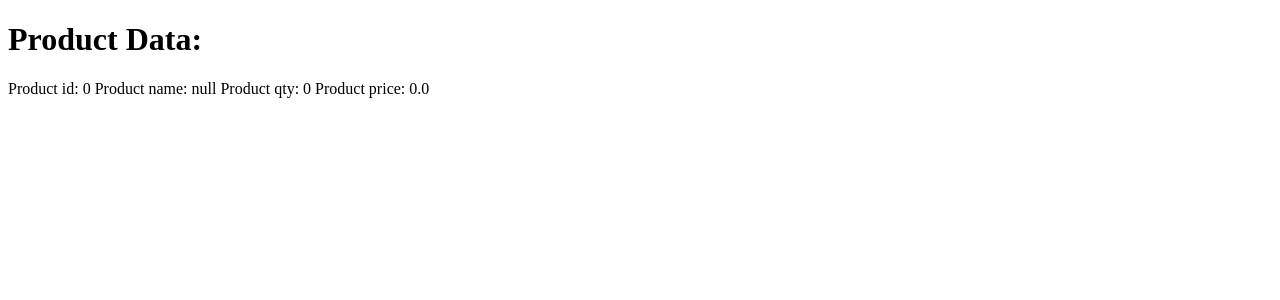
Repository: pradnyashinde20/Advance_Java
Page: http://localhost/JspUseBeanDemo/getProduct.jsp
An editor plug-in stored every save of this project. The page is shown before and after the next save, followed by the edit.
The browser window is 1280 px wide. The pictures show the whole page.
The page is served by Tomcat 9.

Above is the page before, as saved 2025-11-26 07:21:13.

### JspUseBeanDemo/src/main/webapp/getProduct.jsp
<%@ page language="java" contentType="text/html; charset=ISO-8859-1"
    pageEncoding="ISO-8859-1"%>
<!DOCTYPE html>
<html>
<head>
<meta charset="ISO-8859-1">
<title>Insert title here</title>
</head>
<body>
<%--
int pid = Integer.parseInt(request.getParameter("pid"));
String pname = request.getParameter("pname");
int qty = Integer.parseInt(request.getParameter("qty"));
double price = Double.parseDouble(request.getParameter("price"));
Product p = new Product(pid,pname,qty,price);
--%>


<jsp:useBean id="p" class="com.demo.beans.Product"></jsp:useBean>
<jsp:setProperty property="*" name="p"/>

<%--
<jsp:setProperty name="p" property="pid" value='<%=request.getParameter("pid")%>'> </jsp:setProperty>
<jsp:setProperty name="p" property="pname" value='<%=request.getParameter("pname") %>'> </jsp:setProperty>
<jsp:setProperty name="p" property="qty" value='<%=request.getParameter("qty") %>'> </jsp:setProperty>
<jsp:setProperty name="p" property="price" value='<%=request.getParameter("price") %>'> </jsp:setProperty>
--%>

<h1> Product Data:</h1>
Product id: <jsp:getProperty property="pid" name="p"/>
Product name: <jsp:getProperty property="pname" name="p"/>
Product qty: <jsp:getProperty property="qty" name="p"/>
Product price: <jsp:getProperty property="price" name="p"/>
</body>
</html>

### JspUseBeanDemo/src/main/java/com/demo/beans/Product.java
package com.demo.beans;

public class Product {
private int pid;
private String pname;
private int qty;
private double price;
public Product() {
	super();
}
public Product(int pid, String pname, int qty, double price) {
	super();
	this.pid = pid;
	this.pname = pname;
	this.qty = qty;
	this.price = price;
}
public int getPid() {
	return pid;
}
public void setPid(int pid) {
	this.pid = pid;
}
public String getPname() {
	return pname;
}
public void setPname(String pname) {
	this.pname = pname;
}
public int getQty() {
	return qty;
}
public void setQty(int qty) {
	this.qty = qty;
}
public double getPrice() {
	return price;
}
public void setPrice(double price) {
	this.price = price;
}
@Override
public String toString() {
	return "Product [pid=" + pid + ", pname=" + pname + ", qty=" + qty + ", price=" + price + "]";
}

}

After the next save:
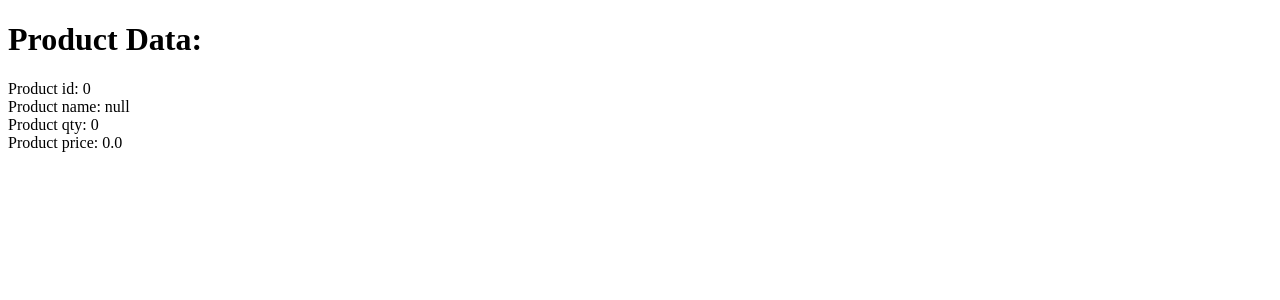
Saved 106 s later.
--- a/JspUseBeanDemo/src/main/webapp/getProduct.jsp
+++ b/JspUseBeanDemo/src/main/webapp/getProduct.jsp
@@ -27,9 +27,9 @@ Product p = new Product(pid,pname,qty,price);
 --%>
 
 <h1> Product Data:</h1>
-Product id: <jsp:getProperty property="pid" name="p"/>
-Product name: <jsp:getProperty property="pname" name="p"/>
-Product qty: <jsp:getProperty property="qty" name="p"/>
-Product price: <jsp:getProperty property="price" name="p"/>
+Product id: <jsp:getProperty property="pid" name="p"/><br/>
+Product name: <jsp:getProperty property="pname" name="p"/><br/>
+Product qty: <jsp:getProperty property="qty" name="p"/><br/>
+Product price: <jsp:getProperty property="price" name="p"/><br/>
 </body>
 </html>
